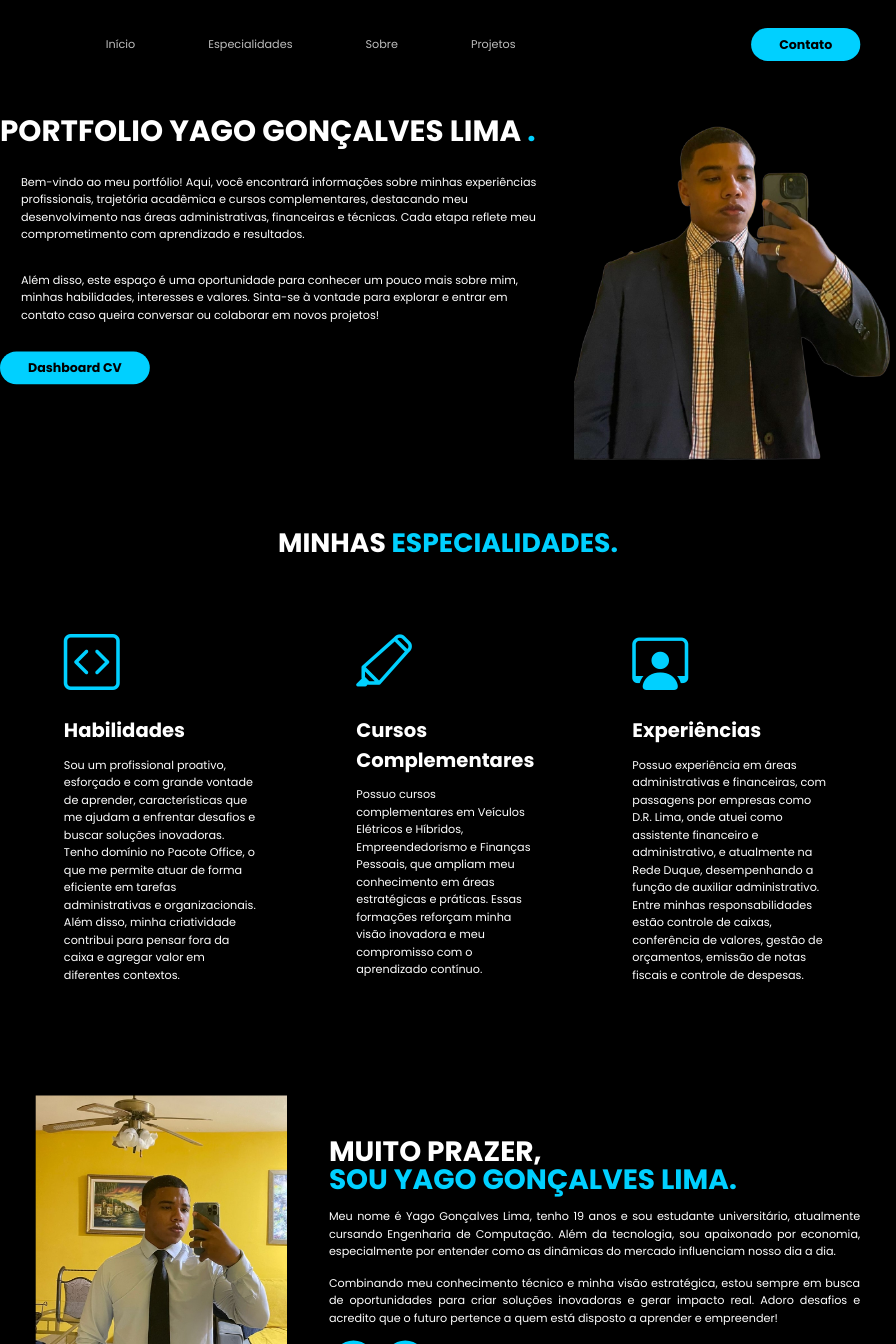
Repository: yagolima1511/Portfolio
Page: index.html
These files come from the project's save history. The page is drawn as it stood at one moment and after the next save; the edit follows.
The browser window is 1280 px wide. The pictures show the part of the page from y = 0 to 1920 px (the page is 3476 px tall before and 3596 px after), at 70% of full size.

Above is the page before, as saved 2025-02-22 14:11:18.

### index.html
<!DOCTYPE html>
<html lang="pt-br">
<head>
    <meta charset="UTF-8">
    <meta name="viewport" content="width=device-width, initial-scale=1.0">
    <link rel="preconnect" href="https://fonts.googleapis.com">
<link rel="preconnect" href="https://fonts.gstatic.com" crossorigin>
<link href="https://fonts.googleapis.com/css2?family=Cabin:ital,wght@0,400..700;1,400..700&family=Poppins:ital,wght@0,100;0,200;0,300;0,400;0,500;0,600;0,700;0,800;0,900;1,100;1,200;1,300;1,400;1,500;1,600;1,700;1,800;1,900&display=swap" rel="stylesheet">
<link rel="stylesheet" href="https://cdn.jsdelivr.net/npm/bootstrap-icons@1.11.3/font/bootstrap-icons.min.css">
    <link rel="stylesheet" href="style.css">
    <link rel="icon" href="imagens.portifolio/logo_yago_sem_fundo.png">
    <title>Yago Gonçalves Lima</title>
</head>
<body>

    <header>
        <div class="interface">
             <nav>
                <nav class="menu-desktop">
                    <ul>
                        <li><a href="#início">Início</a></li>
                        <li><a href="#especialidades">Especialidades</a></li>
                        <li><a href="#sobre">Sobre</a></li>
                        <li><a href="#projetos">Projetos</a></li>
                    </ul>
                </nav>
             </nav>

             <div class="btn-contato">
                <a href="https://api.whatsapp.com/send?phone=5511951423405">
                    <button>Contato</button>
                </a>
             </div>
        </div><!--INTERFACE-->
    </header>

    <main>
        <section id="início">
        <section class="topo-do-site">
            <div class="interface">
                <div class="flex">
                    <div class="txt-topo-site">
                       <h1>PORTFOLIO YAGO GONÇALVES LIMA <span>.</span></h1>
                       <p>Bem-vindo ao meu portfólio! Aqui, você encontrará informações sobre minhas experiências profissionais, trajetória acadêmica e cursos complementares, destacando meu desenvolvimento nas áreas administrativas, financeiras e técnicas. Cada etapa reflete meu comprometimento com aprendizado e resultados.</p>
                       <p>Além disso, este espaço é uma oportunidade para conhecer um pouco mais sobre mim, minhas habilidades, interesses e valores. Sinta-se à vontade para explorar e entrar em contato caso queira conversar ou colaborar em novos projetos!</p>

                       <div class="btn-contato">
                        <a href="https://www.canva.com/design/DAGZft-klJw/L4ZIEv-Um3k0rW6E9iZL9g/edit?utm_content=DAGZft-klJw&utm_campaign=designshare&utm_medium=link2&utm_source=sharebutton">
                            <button>Dashboard CV</button>
                        </a>
                       </div>
                    </div>
                    <div class="img-topo-site">
                        <img id="img-home" src="imagens.portifolio/yago sem fundo.png" alt="" class="tamanho-fixo">

                    </div>
                </div>
            </div>
        </section>
    </section>
        <section id="especialidades">

        <section class="especialidades">
            <div class="interface">
                <h2 class="titulo">MINHAS <span>ESPECIALIDADES.</span></h2>
                <div class="flex">
                     <div class="especialidades-box">
                     <i class="bi bi-code-square"></i>
                     <h3>Habilidades</h3>
                     <p>Sou um profissional proativo, esforçado e com grande vontade de aprender, características que me ajudam a enfrentar desafios e buscar soluções inovadoras. Tenho domínio no Pacote Office, o que me permite atuar de forma eficiente em tarefas administrativas e organizacionais. Além disso, minha criatividade contribui para pensar fora da caixa e agregar valor em diferentes contextos.</p>
                </div>


                     <div class="especialidades-box">
                        <i class="bi bi-highlighter"></i>
                     <h3>Cursos Complementares</h3>
                     <p>Possuo cursos complementares em Veículos Elétricos e Híbridos, Empreendedorismo e Finanças Pessoais, que ampliam meu conhecimento em áreas estratégicas e práticas. Essas formações reforçam minha visão inovadora e meu compromisso com o aprendizado contínuo.</p>
                </div>

                     <div class="especialidades-box">
                        <i class="bi bi-person-workspace"></i>
                     <h3>Experiências</h3>
                     <p>Possuo experiência em áreas administrativas e financeiras, com passagens por empresas como D.R. Lima, onde atuei como assistente financeiro e administrativo, e atualmente na Rede Duque, desempenhando a função de auxiliar administrativo. Entre minhas responsabilidades estão controle de caixas, conferência de valores, gestão de orçamentos, emissão de notas fiscais e controle de despesas.
                    </p>
                </div>
            </div>
        </section>
    </section>
             <section id="sobre">
                    <section class="sobre">
                        <div class="interface">
                            <div class="flex">
                                <div class="img-sobre">
                                    <img src="imagens.portifolio/camisa gravata.jpeg" alt="" class="tamanho-fixo">
                                </div>
                                <div class="txt-sobre">
                                      <h2>MUITO PRAZER,<span> SOU YAGO GONÇALVES LIMA.</span> </h2>
                                          <p>Meu nome é Yago Gonçalves Lima, tenho 19 anos e sou estudante universitário, atualmente cursando Engenharia de Computação. Além da tecnologia, sou apaixonado por economia, especialmente por entender como as dinâmicas do mercado influenciam nosso dia a dia.</p>
                                          <p>Combinando meu conhecimento técnico e minha visão estratégica, estou sempre em busca de oportunidades para criar soluções inovadoras e gerar impacto real. Adoro desafios e acredito que o futuro pertence a quem está disposto a aprender e empreender!</p>
                                          <div class="btn-social">

                                                <a href="https://api.whatsapp.com/send?phone=5511951423405"><button><i class="bi bi-whatsapp"></i></button></a>
                                                <a href="https://www.linkedin.com/in/yago-lima-50758a299?utm_source=share&utm_campaign=share_via&utm_content=profile&utm_medium=ios_app"><button><i class="bi bi-linkedin"></i></button></a>

                                          </div>
                                </div>

                            </div>
                        </div>
                    </section>
                </section>
                    <section id="projetos">

                    <section class="projetos">
                        <div class="interface">
                            <h2><h2 class="titulo">PROJETO <span>DESENVOLVIDO.</span></h2></h2>

                           <div class="flex">
                            <div class="img-proj" style="background-image: url(imagens.portifolio/WhatsApp\ Image\ 2024-12-10\ at\ 22.25.13.jpeg);">
                                <div class="overlay">Projeto AlphaTec</div>
                            </div>
                            <div class="img-proj" style="background-image: url(imagens.portifolio/WhatsApp\ Image\ 2024-12-10\ at\ 22.20.26.jpeg);">
                                <div class="overlay">Projeto AlphaTec</div>
                            </div>
                            <div class="img-proj" style="background-image: url(imagens.portifolio/WhatsApp\ Image\ 2024-12-10\ at\ 22.20.24.jpeg);">
                                <div class="overlay">Projeto AlphaTec</div>

                            </div>
                           </div>
                        </div>

                        <section class="projeto">
                            <div class="interface">
                                <div class="flex">
                        <div class="txt-paragrafo-projeto">
                                <p>Juntamente com meus colegas de faculdade, desenvolvemos o Projeto AlphaTec. O projeto do carrinho autônomo com Arduino é uma aplicação simples de robótica, onde o objetivo principal é criar um veículo que detecte obstáculos e mude de direção automaticamente usando um sensor ultrassônico. Aqui está uma explicação didática e direta sobre os principais componentes e funcionamento:</p>

                        </div> <!--txt-->
                    </div>
                            </div><!--INTERFACE-->



                     </section>


                     <ul>
                        <li>
                            Arduino: É o "cérebro" do carrinho, responsável por processar as informações do sensor ultrassônico e controlar os motores.
                        <li>

                                Sensor Ultrassônico (HC-SR04): Detecta obstáculos à frente, medindo a distância usando ondas sonoras.
                            </li>
                            <li>
                                Motores e Ponte H (L298N): Movem o carrinho e permitem controlar o sentido de rotação (para frente, para trás ou virar).
                            </li>
                            <li>
                                Baterias/Pilhas: Alimentam o Arduino e os motores.
                            </li>
                            <li>
                                Estrutura do Carrinho: Uma base com rodas onde os componentes são fixados
                            </li>
                        </ul>

                    </section>
                </section>


    </main>
    <footer>
        <div class="interface">
            <div class="line-footer">
                <div class="flex">
                <div class="btn-social">

                    <a href="https://api.whatsapp.com/send?phone=5511951423405"><button><i class="bi bi-whatsapp"></i></button></a>
                    <a href="https://www.linkedin.com/in/yago-lima-50758a299?utm_source=share&utm_campaign=share_via&utm_content=profile&utm_medium=ios_app"><button><i class="bi bi-linkedin"></i></button></a>

              </div>
            </div>
            </div>
                <div class="line-footer borda">
                    <p><i class="bi bi-envelope-fill"></i> <a href="mailto:goncalveslima2005@gmail.com">goncalveslima2005@gmail.com</a></p>

            </div>

        </div>
    </footer>
</body>
</html>

### style.css
/*ESTILO GERAL*/
html {
    scroll-behavior: smooth;
}

*{
    margin: 0;
    padding: 0;
    box-sizing: 0;
    font-family: "Poppins", serif;
}

body{
    background-color: black;
    height: 100vh;
}

.interface{
    max-width: 1280px;
    margin: 0 auto;
}

.flex{
    display: flex;
}

.btn-contato button{
    padding: 10px 40px;
    font-size: 18px;
    font-weight: 700;
    background-color: #00d0ff;
    border: 0;
    border-radius: 30px;
    cursor: pointer;
    transition: .2s;
}

h2.titulo{
    color: white;
    font-size: 38px;
    text-align: center;
}

h2.titulo span{
    color: #00d0ff;
}

 button:hover{
    box-shadow: 0px 0px 8px #00d0ff;
    transform: scale(1.05);
}

/* ESTILO DO CABEÇALHO */
header{
    padding: 40px 4%;
}

header > .interface{
    display: flex;
    align-items: left;
    justify-content: space-between;
}

header a{
    color: #7d7d7d;
    text-decoration: none;
    display: inline-block;
    transition: .2s;
}

header a:hover{
    color:#fff;
    transform: scale(1.05);
}

header nav ul{
    list-style-type: none;
}

header nav ul li{
    display: inline-block;
    padding: 0 50px;
}

/* ESTILO DO TOPO DO SITE */
section.topo-do-site{
    padding: 40px 0%;
}

section.top-do-site.flex{
    align-items: center;
    justify-content: center;
    gap: 90px;
}

.topo-do-site h1{
    color: white;
    font-size: 42px;
    line-height: 40px;
}

.txt-topo-site span{
    color: #00d0ff;
}

.topo-do-site .txt-topo-site p{
    color: white;
    margin: 40px 30px;

}

.topo-do-site .img-topo-site img{
    position: relative;
    animation: flutuar 2s ease-in-out infinite alternate;
}

@keyframes flutuar{
    0%{
        top: 0;
    }
    100%{
        top: 30px;
    }
}

/* ESPECIALIDADES */
section.especialidades{
    padding: 40px 4%;
}

section.especialidades .flex{
    gap: 60px;
}

.especialidades .especialidades-box{
    color: white;
    padding: 40px;
    border-radius: 20px;
    margin-top: 45px;
    transition: .2s;
}

.especialidades .especialidades-box:hover{
    transform: scale(1.05);
    box-shadow: 0 0 8px #ffffff78;
}

.especialidades .especialidades-box i{
    font-size: 80px;
    color: #00d0ff;
}

.especialidades .especialidades-box h3{
   font-size: 28px;
   margin: 15px 0;
}

/* ESTILO SOBRE */
section.sobre{
    padding: 80px 4%;
}

section.sobre .flex{
    align-items: center;
    gap: 60px;
}

.sobre .txt-sobre{
    color: white;
    line-height: 40px;
    margin-bottom: 30px;
}

.sobre .txt-sobre h2{
    font-size: 40px;
}

.sobre .txt-sobre h2 span{
    color: #00d0ff;
    display: block;
}

.sobre .txt-sobre p{
     margin: 20px 0;
     text-align: justify;
     line-height: 25px;
}

 .btn-social button{
     width: 60px;
     height: 60px;
     border-radius: 50%;
     border: none;
     background-color: #00d0ff;
     font-size: 22px;
     cursor: pointer;
     margin: 0 5px;
     transition: 2.s;
}

/* ESTILO DO PORTIFÓLIO */
section.projetos{
     padding: 80px 4%;
     box-shadow: 0 0 40px 10px rgba(255, 255, 255, 0.107);
}

section.projetos .flex{
    justify-content: space-around;
    margin-top: 60px;
}

.img-proj{
    width: 360px;
    height: 460px;
    background-size: cover;
    background-position: 100% 0%;
    transition: 1s;
    cursor: pointer;
    border-radius: 40px;  /* DEIXA A FOTO C ASA BORDAS REDONDAS */
    position: relative;
}

.img-proj:hover{
    background-position: 100% 100%;
}


.overlay{
    position: absolute;
    top: 0;
    left: 0;
    width: 100%;
    height: 100%;
    background-color: #010d01c3;
    border-radius: 40px;
    display: flex;
    align-items: center;
    justify-content: center;
    font-size: 24px;
    font-weight: 600;
    color: white;
    opacity: 0;
    transition: .5s;
}

.overlay:hover{
    opacity: 1;
}

.txt-paragrafo-projeto p{
    color: white;
    margin-bottom: 20px;
}

ul{
    list-style-position: inside;
    color: white;
    padding: 10px 50px;
}

/* ESTILO DO RODAPÉ */

footer{
    padding: 60px 4%;
    box-shadow: 0 0 40px 10px rgba(255, 255, 255, 0.090);
}

footer .flex{
    justify-content: space-between;
}

footer .line-footer{
    padding: 20px 0;
}

.borda{
    border-top: 2px solid #00d0ff;
}

footer .line-footer p i{
    color: #00d0ff;
    font-size: 22px;
}

footer .line-footer p a{
    color: white;
}

footer .line-footer p{
    text-align: right;
}



@media screen and (max-width: 1041.60px){
    /*classes gerais*/

    .flex{
        flex-direction: column-reverse;
    }

    h2.titulo{
        font-size: 34px;
        line-height: 40px;
    }

    /*cabeçalho*/
    .menu-desktop, .btn-contato{
        display: none;
    }

    .img-topo-site {
        display: none;
    }

    .txt-topo-site h1{
        margin: 7px;
        text-align: center;
        font-size: 35px;
    }

    /*topo do site*/

    section.top-do-site .flex{
        gap: 40px;

    section.topo-do-site{
        padding: 20px 8%;
    }


    .topo-do-site h1{
        font-size: 30px;
    }


    .topo-do-site .img-topo-site img{
        width: 100%;

    }
}
    /* ESPECIALIDADES */
section.especialidades{
    padding: 40px 8%;
}
/* SOBRE */
section.sobre{
    padding: 80px 8%;
}
.sobre .txt-sobre h2{
    font-size: 35px;
    line-height: 35px;
    text-align: center;
}
.btn-social{
    text-align: center;
}

.img-sobre img{
    width: 100%;
}

/* PROJETO*/
section.projetos{
    padding: 80px 8%;
}
.img-proj{
    width: 100%;
    max-width: 360px;
    margin: 0 auto;

}

section.projetos .flex{
   gap: 60px;
}
footer .flex{
    flex-direction: column;
}

footer .line-footer p{
    text-align: center;
}


}

.tamanho-fixo{


    height: 492px;
}

header a {
    color: #bdbdbd;
    text-decoration: none;
    display: inline-block;
    transition: .2s;
}

After the next save:
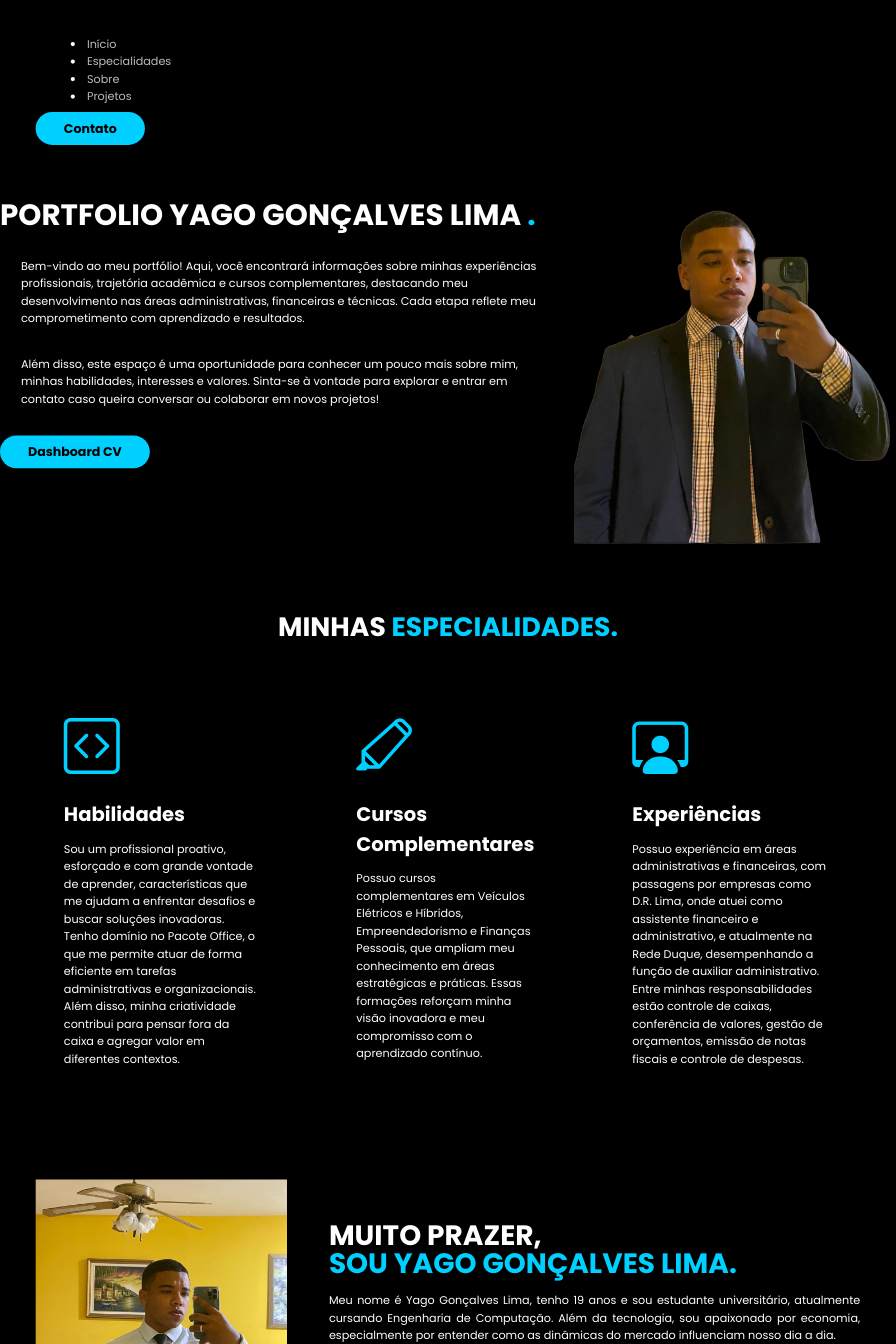
Saved 3 min 23 s later.
--- a/index.html
+++ b/index.html
@@ -15,8 +15,7 @@
 
     <header>
         <div class="interface">
-             <nav>
-                <nav class="menu-desktop">
+            <div class="menu-mobile" onclick="toggleMenu()">
                     <ul>
                         <li><a href="#início">Início</a></li>
                         <li><a href="#especialidades">Especialidades</a></li>
